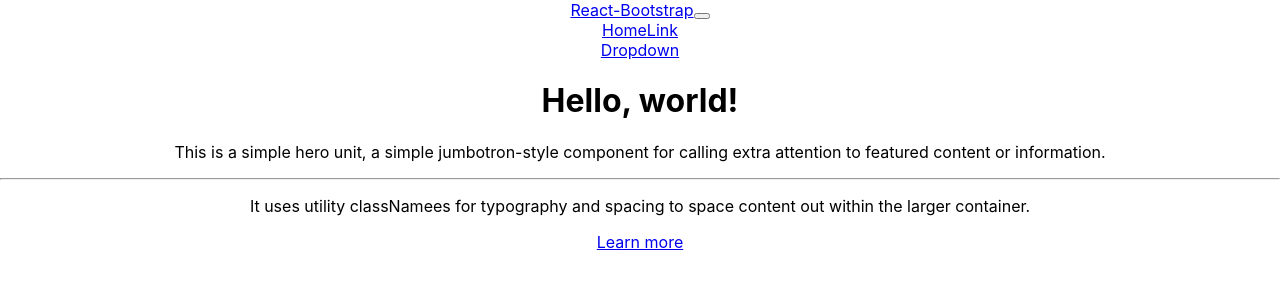
Repository: eunsuneun/react-shop
Page: /
The author's editor kept a copy of each file at every save. The page is drawn from the files as they stood at one save, then again after the next save.
The browser window is 1280 px wide. The pictures show the whole page.
The project was rebuilt for these pictures with package versions that can differ from the ones it lists, and the page was loaded fresh each time.

Above is the page before, as saved 2021-08-25 19:56:56.

### src/App.js
import logo from './logo.svg';
import { Navbar, Container, Nav, NavDropdown } from 'react-bootstrap';

import './App.css';

function App() {
  return (
    <div className='App'>
      <Navbar bg='light' expand='lg'>
        <Container>
          <Navbar.Brand href='#home'>React-Bootstrap</Navbar.Brand>
          <Navbar.Toggle aria-controls='basic-navbar-nav' />
          <Navbar.Collapse id='basic-navbar-nav'>
            <Nav className='me-auto'>
              <Nav.Link href='#home'>Home</Nav.Link>
              <Nav.Link href='#link'>Link</Nav.Link>
              <NavDropdown title='Dropdown' id='basic-nav-dropdown'>
                <NavDropdown.Item href='#action/3.1'>Action</NavDropdown.Item>
                <NavDropdown.Item href='#action/3.2'>
                  Another action
                </NavDropdown.Item>
                <NavDropdown.Item href='#action/3.3'>
                  Something
                </NavDropdown.Item>
                <NavDropdown.Divider />
                <NavDropdown.Item href='#action/3.4'>
                  Separated link
                </NavDropdown.Item>
              </NavDropdown>
            </Nav>
          </Navbar.Collapse>
        </Container>
      </Navbar>
      <div className='jumbotron'>
        <h1 className='display-4'>Hello, world!</h1>
        <p className='lead'>
          This is a simple hero unit, a simple jumbotron-style component for
          calling extra attention to featured content or information.
        </p>
        <hr className='my-4' />
        <p>
          It uses utility classNamees for typography and spacing to space
          content out within the larger container.
        </p>
        <a className='btn btn-primary btn-lg' href='#' role='button'>
          Learn more
        </a>
      </div>
    </div>
  );
}

export default App;

Loaded but not shown: src/index.js (common file); src/index.css (common file); src/reportWebVitals.js (common file); src/App.css (common file)

After the next save:
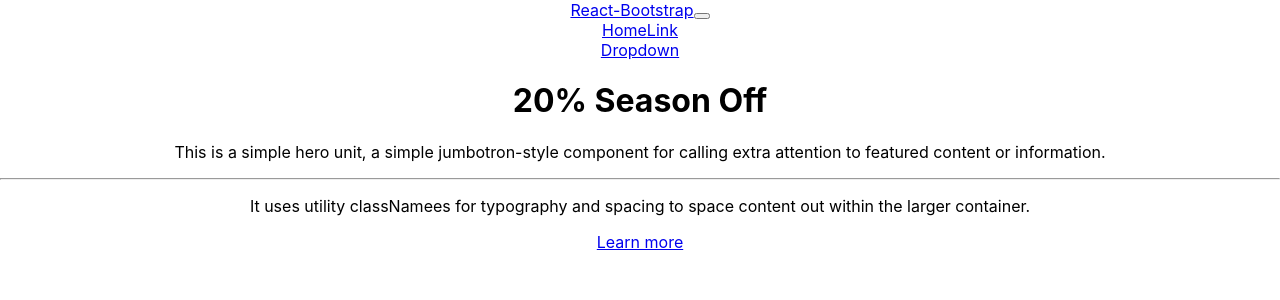
Saved 19 s later.
--- a/src/App.js
+++ b/src/App.js
@@ -32,7 +32,7 @@ function App() {
         </Container>
       </Navbar>
       <div className='jumbotron'>
-        <h1 className='display-4'>Hello, world!</h1>
+        <h1 className='display-4'>20% Season Off</h1>
         <p className='lead'>
           This is a simple hero unit, a simple jumbotron-style component for
           calling extra attention to featured content or information.
